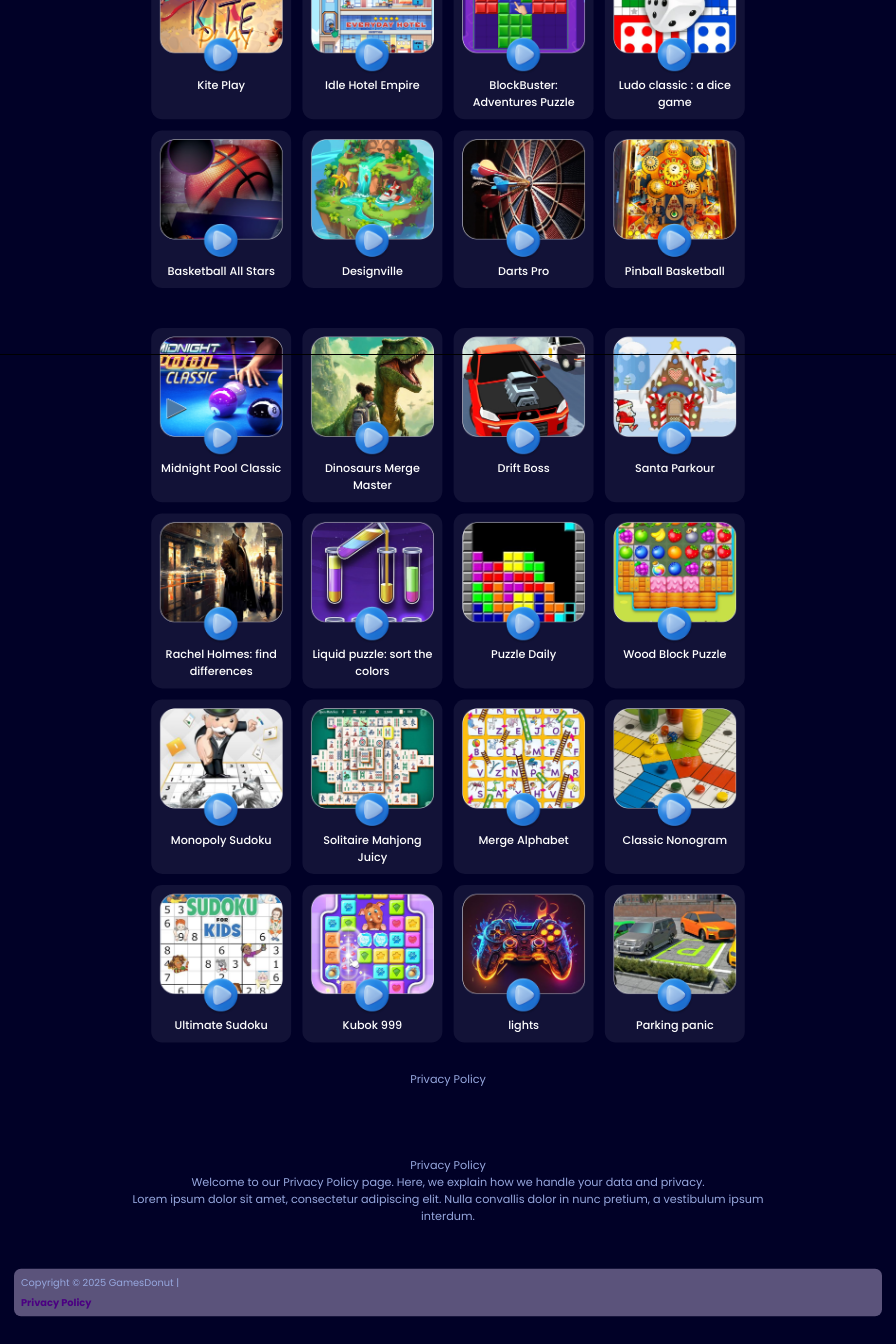
Repository: meenadabhii/jpygames.com
Page: http://localhost/
An editor plug-in stored every save of this project. The page is shown before and after the next save, followed by the edit.
The browser window is 1280 px wide. The pictures show the part of the page from y = 2399 to 4319 px (the page is 4319 px tall before and 4295 px after), at 70% of full size.
Some web libraries are served in a nearby version. The page is served by the project's Node server (app.js).

Above is the page before, as saved 2025-02-08 10:28:26.
Console error: ReferenceError: googletag is not defined

After the next save:
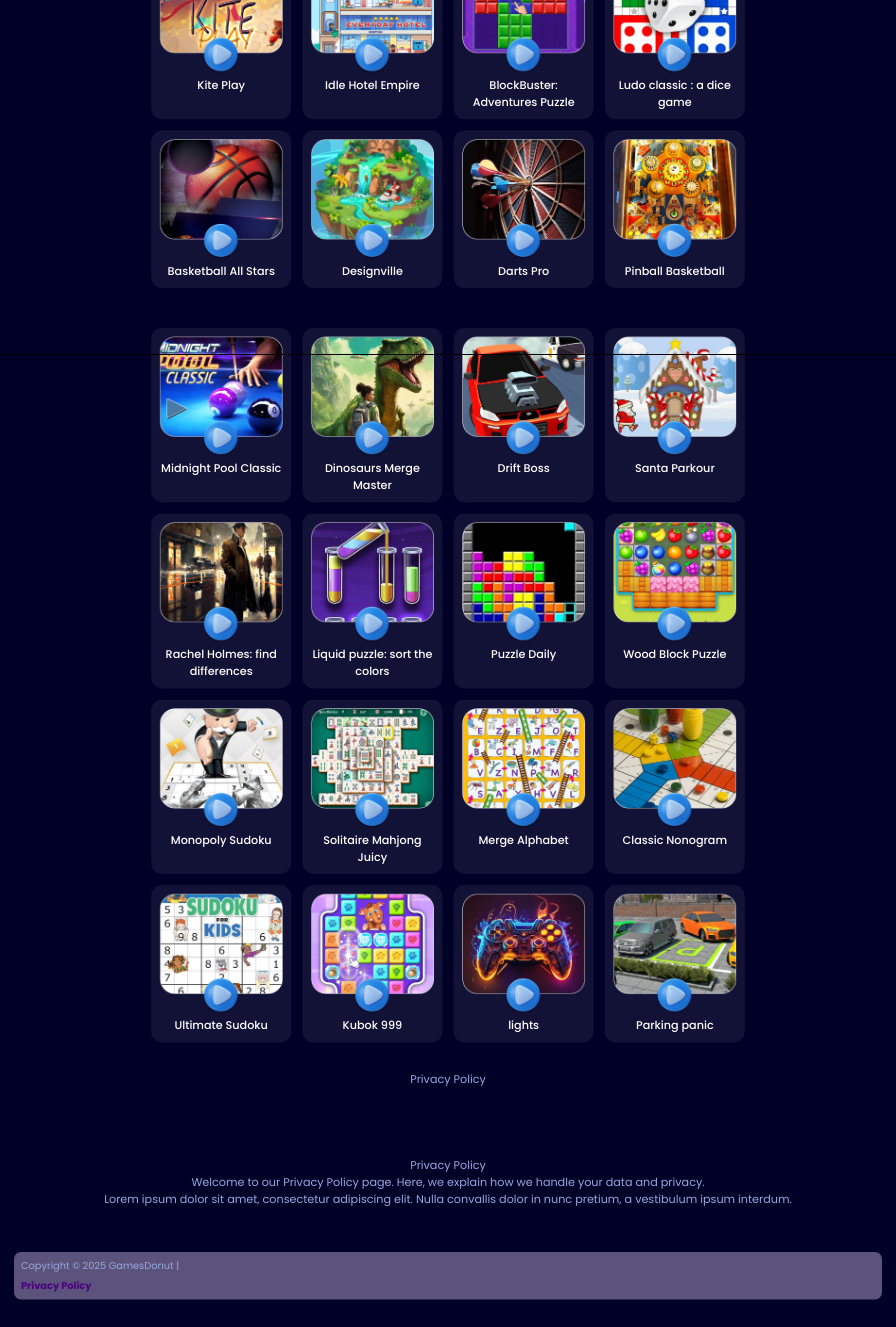
Saved 5 s later.
--- a/nodejs/views/footer.ejs
+++ b/nodejs/views/footer.ejs
@@ -72,7 +72,7 @@
         <a href="#">Card</a>
     </div>
 
-    <div class="container" style="width: ;">
+    <div class="container" style="width: fit-content;">
         <h1>Privacy Policy</h1>
         <p>Welcome to our Privacy Policy page. Here, we explain how we handle your data and privacy.</p>
         <p>Lorem ipsum dolor sit amet, consectetur adipiscing elit. Nulla convallis dolor in nunc pretium, a vestibulum ipsum interdum.</p>
